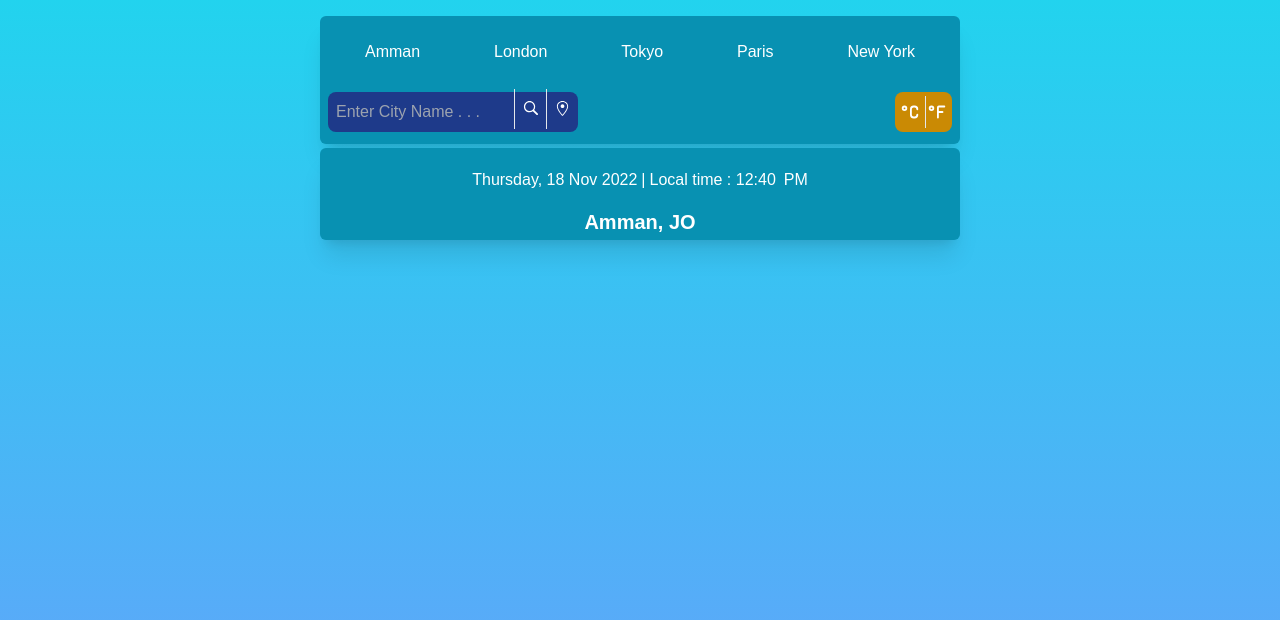
Repository: SaadYasin/next-js-forecast-tailwind
Page: /
The author's editor kept a copy of each file at every save. The page is drawn from the files as they stood at one save, then again after the next save.
The browser window is 1280 px wide. The pictures show the whole page.
The project was rebuilt for these pictures with package versions that can differ from the ones it lists, and the page was loaded fresh each time. The framework's server and built-in components were replaced by stand-ins that run in the browser.

Above is the page before, as saved 2022-11-18 22:43:47.

### pages/index.js
import Head from 'next/head';
import TopButtons from '../components/TopButtons';
import Input from '../components/Input';
import MainCard from '../components/MainCard';

export default function Home() {
  return (
    <div>
      <Head>
        <title>Create Next App</title>
      </Head>
      <div className="bg-gradient-to-b from-cyan-400 to-blue-400 h-screen py-4">
        <div className="text-white w-[22.5rem] md:w-3/4 lg:w-[40rem] bg-cyan-600 h-32 mx-auto px-2 rounded-md shadow-xl">
          <TopButtons />

          <Input />

          <MainCard />
        </div>
      </div>
    </div>
  );
}

### styles/globals.css
@import url('https://fonts.googleapis.com/css2?family=Poppins:wght@100;200;300;400;500;600;700&display=swap');

@tailwind base;
@tailwind components;
@tailwind utilities;

* {
  padding: 0;
  margin: 0;
  box-sizing: border-box;
}

html,
body {
  /* font-family: -apple-system, BlinkMacSystemFont, Segoe UI, Roboto, Oxygen,
    Ubuntu, Cantarell, Fira Sans, Droid Sans, Helvetica Neue, sans-serif; */

  font-family: "", sans-serif;
}

### components/TopButtons.js
const TopButtons = () => {

  const cities = [
    {
      id: 1,
      name: "Amman"
    },
    {
      id: 2,
      name: "London"
    },
    {
      id: 3,
      name: "Tokyo"
    },
    {
      id: 4,
      name: "Paris"
    },
    {
      id: 5,
      name: "New York"
    },
  ]

  return (
    <div className="flex items-center justify-around ">
      { cities.map((city) => (
        <button key={city.id} className="text-md font-medium my-6">{ city.name }</button>
      ))}
    </div>

  )
};

export default TopButtons;

### components/Input.js
import { GoSearch, GoLocation } from 'react-icons/go';
import { TbTemperatureCelsius, TbTemperatureFahrenheit } from 'react-icons/tb';

const Input = () => {

  return (
    <div className="flex items-center justify-between mt-1">
      <form className="flex items-center rounded-lg bg-blue-900 h-10">
        <input type="text" placeholder="Enter city name . . ." className="bg-transparent focus:outline-none pl-2 capitalize"/>

        <div>
        <button className="px-2 border-l h-10 transition ease-out hover:bg-yellow-600"><GoSearch size={15}/></button>
        <button className="px-2 border-l h-10 transition ease-out hover:bg-yellow-600"><GoLocation size={15}/></button>
        </div>

        </form>

        <div className="flex font-medium text-md bg-yellow-600 h-10 rounded-lg p-1">
        <button  name="metric" className="border-r pr-1"><TbTemperatureCelsius size={22} /></button>
        <button name="imperial" ><TbTemperatureFahrenheit size={22}/></button>
        </div>
    </div>

  )
}

export default Input;

### components/MainCard.js
import TimeAndDate from './TimeAndDate'
import Location from './Location';

const MainCard = () => {

  return (
    <div className="flex flex-col items-center">
      <div className="text-white w-[22.5rem] md:w-3/4 lg:w-[40rem] bg-cyan-600 h-max-content p-1 mt-4 rounded-md shadow-xl">
        <TimeAndDate />
        <Location />
      </div>
    </div>
  );
};

export default MainCard;

### components/TimeAndDate.js
const TimeAndDate = () => {
  return (
    <div className="flex justify-center gap-1 px-2 pt-4 text-base">
      <h3 className="font-light">Thursday, 18 Nov 2022</h3>
      <p>|</p>
      <h3 className="font-light">
        Local time : 12:40<span className="ml-2">PM</span>
      </h3>
    </div>
  );
};

export default TimeAndDate;

### components/Location.js
const Location = () => {

  return (
    <div>
      <h1 className="text-center mt-4 text-xl font-bold">Amman, JO</h1>
    </div>

  )
};

export default Location;

Loaded but not shown: pages/_app.js (common file); tailwind.config.js (common file)

After the next save:
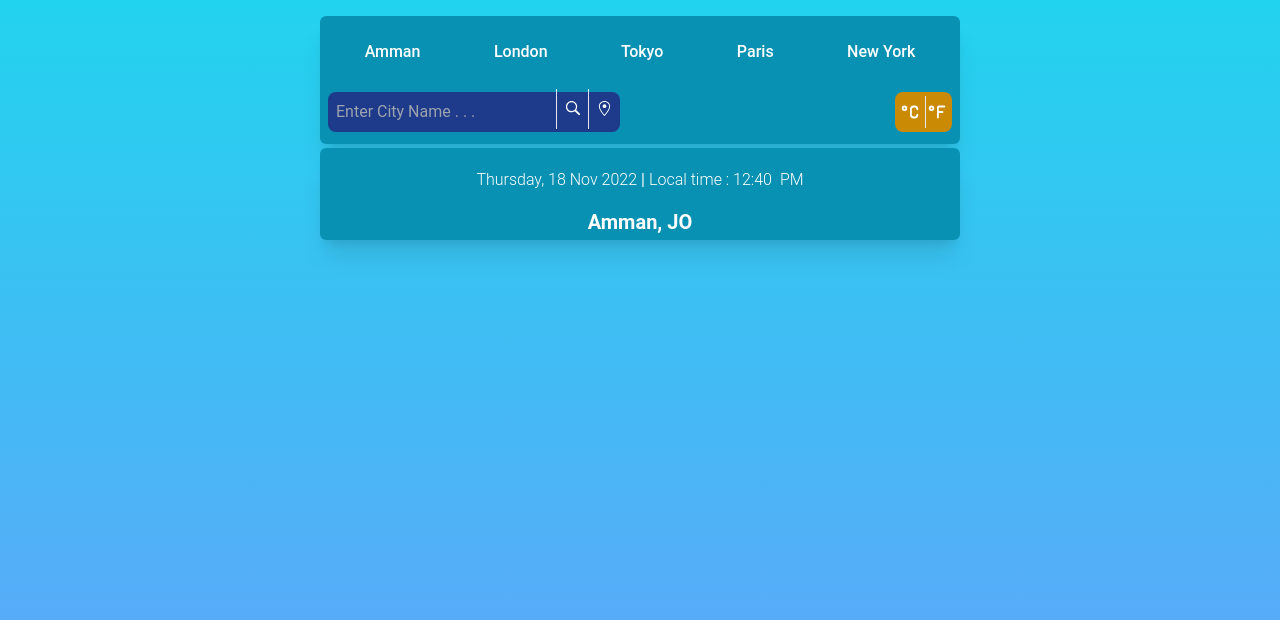
Saved 4 s later.
--- a/styles/globals.css
+++ b/styles/globals.css
@@ -15,5 +15,5 @@ body {
   /* font-family: -apple-system, BlinkMacSystemFont, Segoe UI, Roboto, Oxygen,
     Ubuntu, Cantarell, Fira Sans, Droid Sans, Helvetica Neue, sans-serif; */
 
-  font-family: "", sans-serif;
+  font-family: "Roboto", sans-serif;
 }
